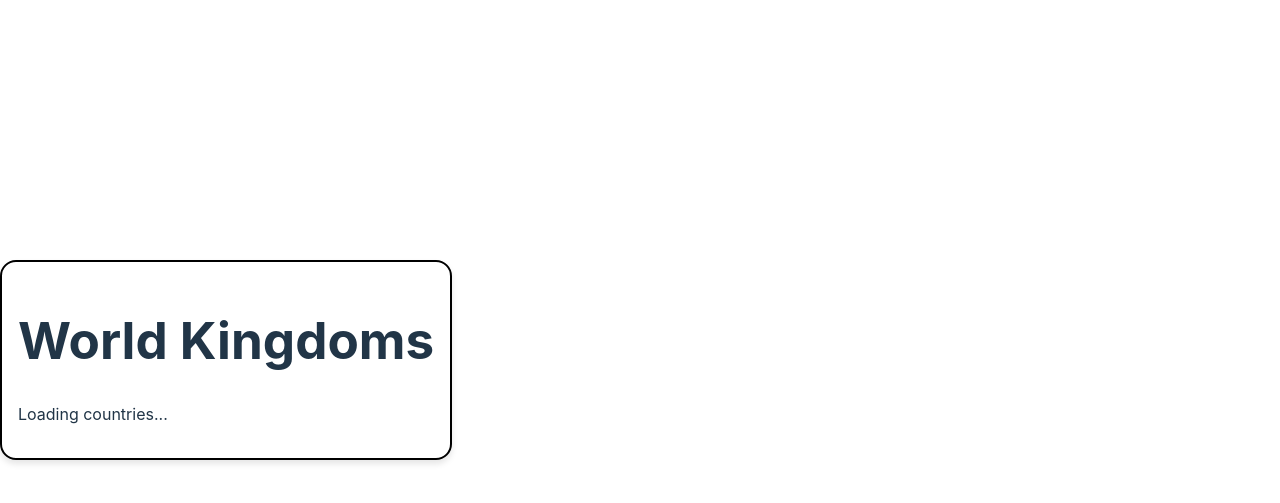
Repository: MelissaJacobi/lab-07
Page: /
The author's editor kept a copy of each file at every save. The page is drawn from the files as they stood at one save, then again after the next save.
The browser window is 1280 px wide. The pictures show the whole page.
The page's requests for data from a server got no answer. The project was rebuilt for these pictures with package versions that can differ from the ones it lists, and the page was loaded fresh each time. No one was signed in, and anything a server would have sent is missing. Also part of the build but not shown: vite.config.js, src/components/Details.module.css, src/components/Details.jsx.

Above is the page before, as saved 2024-11-23 22:23:07.

After the next save:
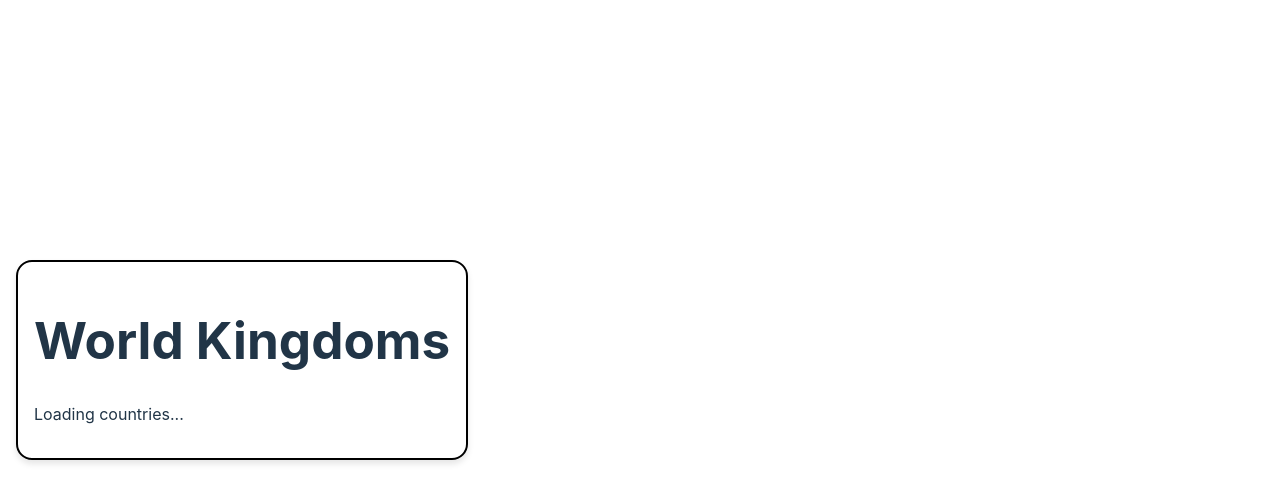
Saved 2 min 53 s later.
--- a/src/components/Countries.module.css
+++ b/src/components/Countries.module.css
@@ -1,6 +1,6 @@
 .container {
     border: 2px solid black;
-    margin: 1rem auto;
+    margin: 1rem;
     padding: 1rem;
     border-radius: 1rem;
     box-shadow: 0 4px 6px rgba(0, 0, 0, 0.1);
